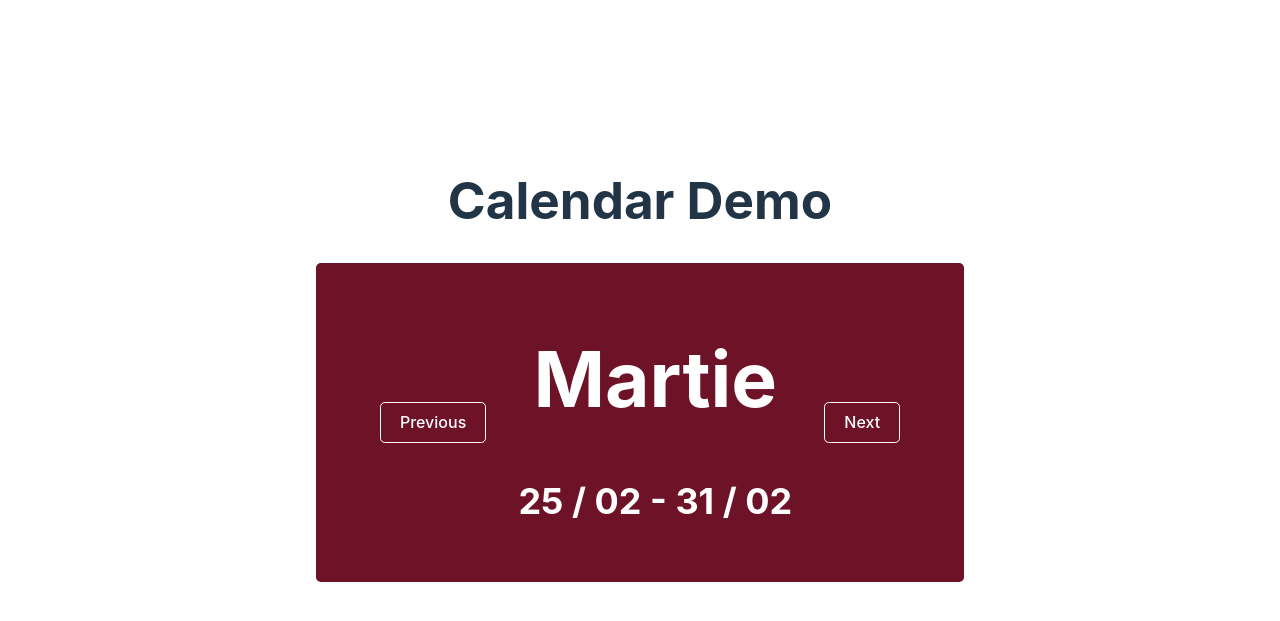
Repository: Maryie-B/weekly-calendar-scheduler
Page: /
These files come from the project's save history. The page is drawn as it stood at one moment and after the next save; the edit follows.
The browser window is 1280 px wide. The pictures show the whole page.
The project was rebuilt for these pictures with package versions that can differ from the ones it lists, and the page was loaded fresh each time. Also part of the build but not shown: vite.config.js.

Above is the page before, as saved 2024-03-26 12:06:53.

After the next save:
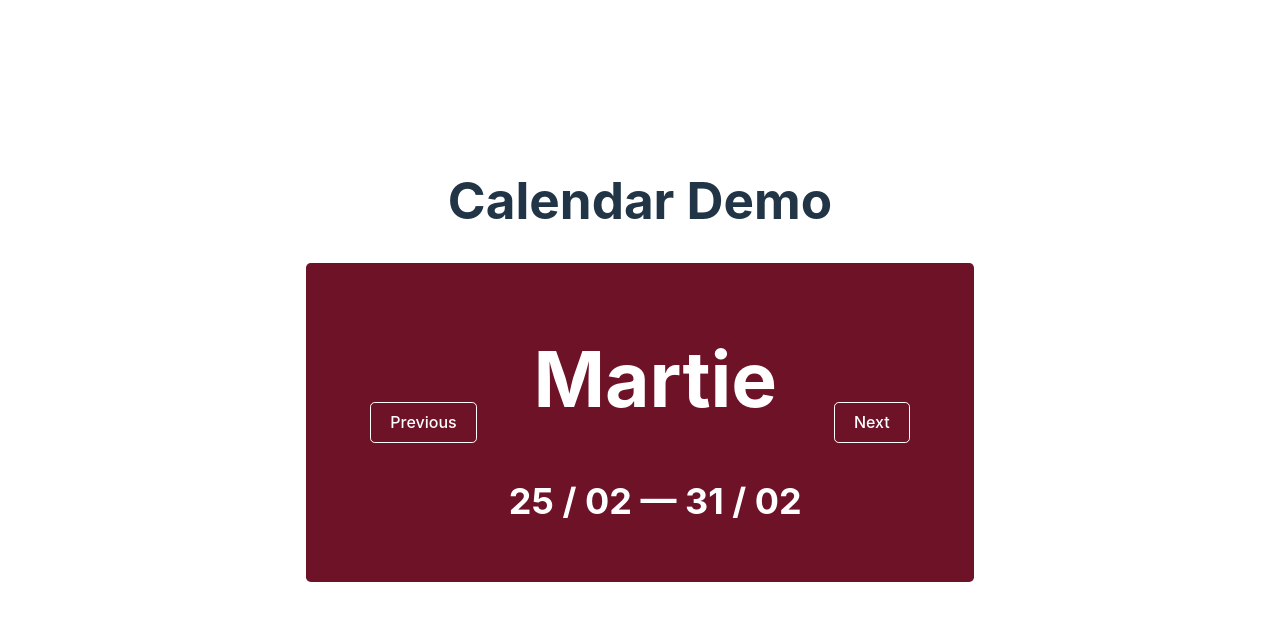
Saved 59 s later.
--- a/src/Calendar.jsx
+++ b/src/Calendar.jsx
@@ -26,7 +26,7 @@ const Calendar = () => {
     weekEndMonthNumber = '0' + weekEndMonthNumber;
   }
 
-  const datesRange = `${weekStart.getDate()} / ${weekStartMonthNumber} - ${weekEnd.getDate()} / ${weekEndMonthNumber}`;
+  const datesRange = `${weekStart.getDate()} / ${weekStartMonthNumber} — ${weekEnd.getDate()} / ${weekEndMonthNumber}`;
 
   const year = weekStart.getFullYear();
   console.log(year);
